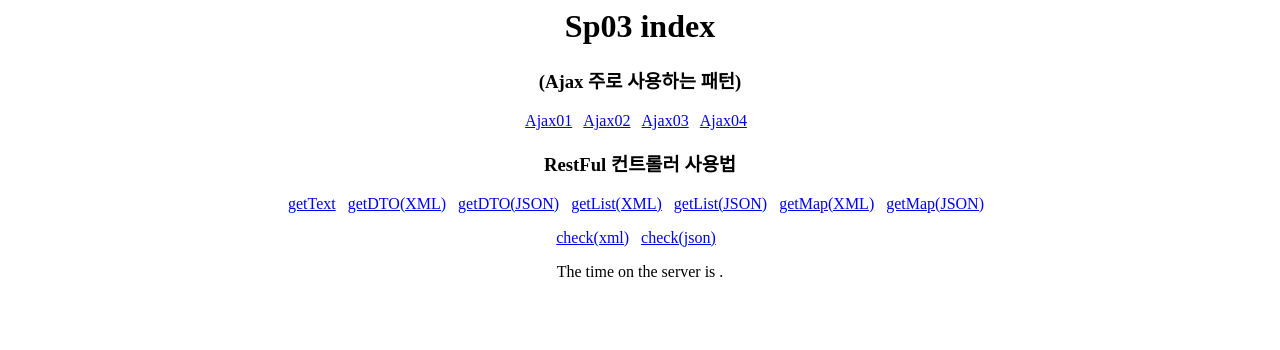
Repository: betweenhj702/Spring-practice-in-bit
Page: http://localhost/Sp03/WEB-INF/views/index.jsp
These files come from the project's save history. The page is drawn as it stood at one moment and after the next save; the edit follows.
The browser window is 1280 px wide. The pictures show the whole page.
The page is served by Tomcat 9. Nobody is signed in. The template is opened directly, without the code that normally fills it, so the values that code supplies are empty.

Above is the page before, as saved 2021-01-25 08:05:14.

After the next save:
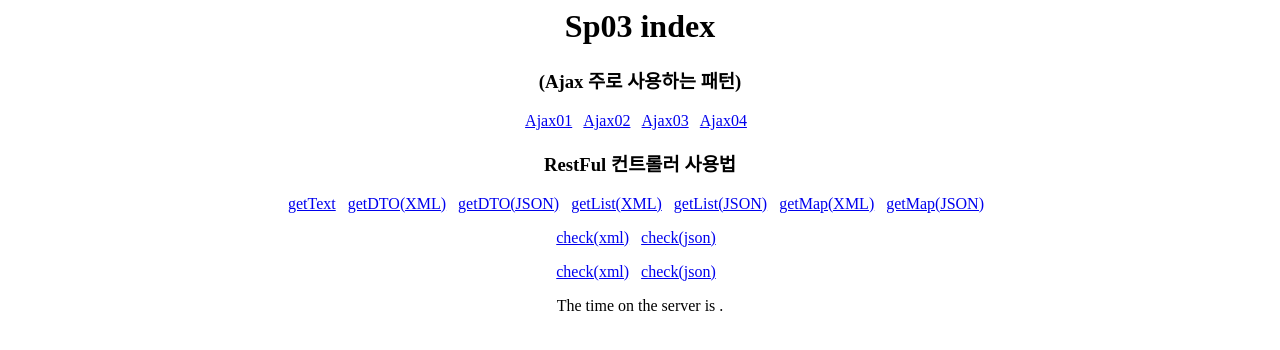
Saved 4 s later.
--- a/workspace/Sp03/src/main/webapp/WEB-INF/views/index.jsp
+++ b/workspace/Sp03/src/main/webapp/WEB-INF/views/index.jsp
@@ -28,6 +28,10 @@
 		   		<a href="rest/check?height=170&weight=70">check(xml)</a>&nbsp;&nbsp;
 		   		<a href="rest/check.json?height=140&weight=45">check(json)</a>&nbsp;&nbsp;
 		   </p>
+		   <p>
+		   		<a href="rest/product/bag/001">check(xml)</a>&nbsp;&nbsp;
+		   		<a href="rest/product/bag/002.json">check(json)</a>&nbsp;&nbsp;
+		   </p>
 		   <P>  The time on the server is ${serverTime}. </P>
 </div>
 
